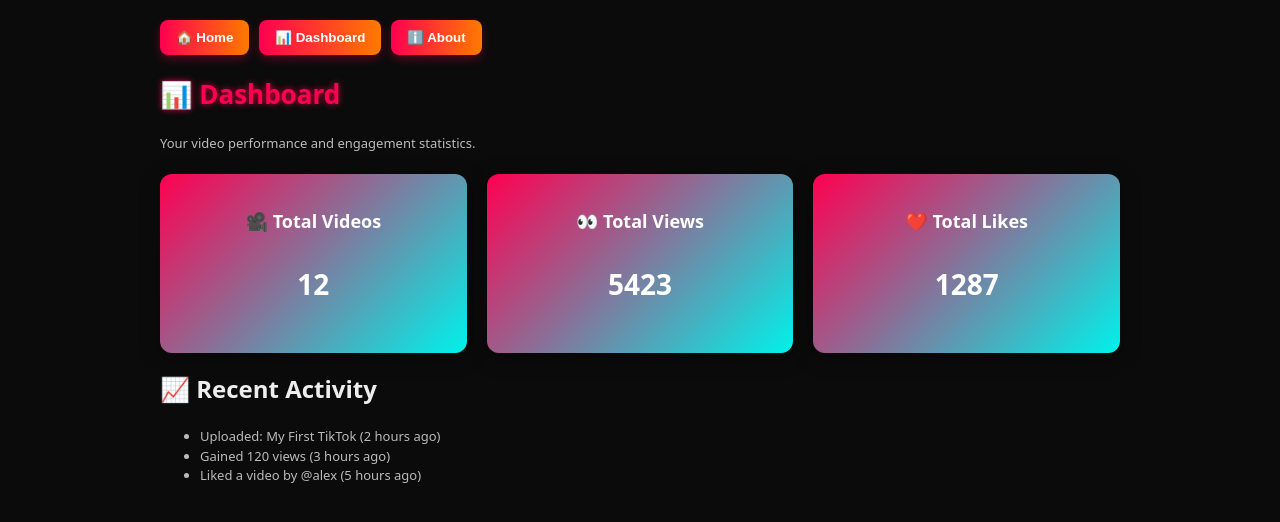
Repository: jhanzaib7510/NewFullTikTok
Page: frontend/dashboard.html
The author's editor kept a copy of each file at every save. The page is drawn from the files as they stood at one save, then again after the next save.
The browser window is 1280 px wide. The pictures show the whole page.
The page's requests for data from a server got no answer.

Above is the page before, as saved 2025-08-11 01:16:22.

After the next save:
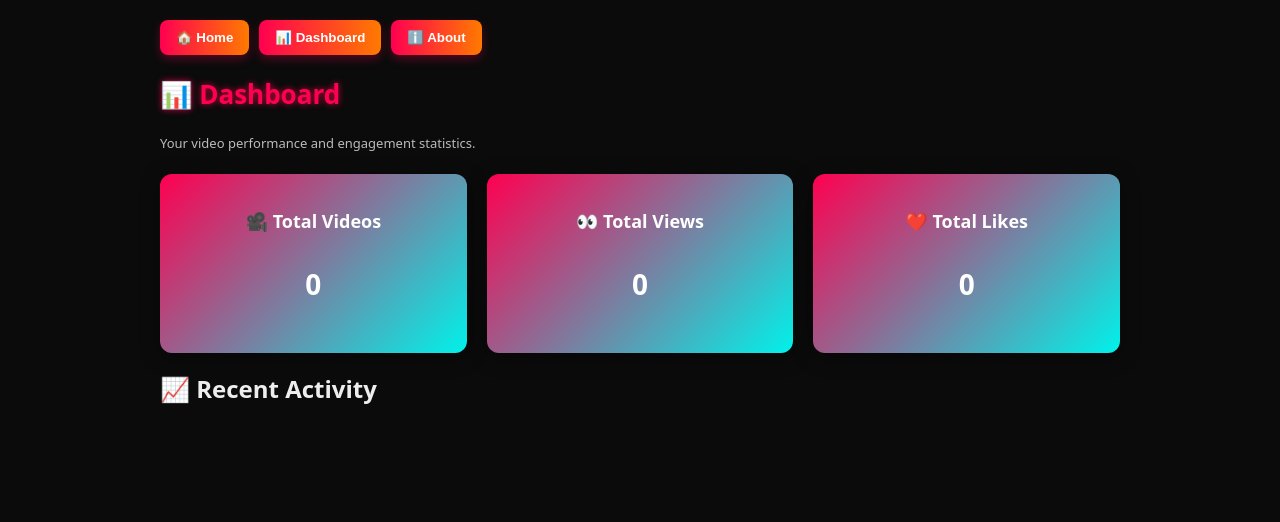
Saved 4 min 30 s later.
--- a/frontend/dashboard.html
+++ b/frontend/dashboard.html
@@ -12,7 +12,6 @@
     <div class="menu">
       <button onclick="location.href='index.html'">🏠 Home</button>
       <button onclick="location.href='dashboard.html'">📊 Dashboard</button>
-      <!-- <button onclick="document.getElementById('videoInput').click()">⬆️ Upload</button> -->
       <button onclick="alert('FTikTok App by Jhanzaib')">ℹ️ About</button>
     </div>
 
@@ -39,17 +38,31 @@
   </div>
 
   <script>
-    // Example dummy data - replace with backend API calls
-    document.getElementById('totalVideos').textContent = 12;
-    document.getElementById('totalViews').textContent = 5423;
-    document.getElementById('totalLikes').textContent = 1287;
+    async function loadDashboard() {
+      try {
+        const res = await fetch("/api/dashboard"); // Flask endpoint
+        const data = await res.json();
 
-    const log = [
-      "Uploaded: My First TikTok (2 hours ago)",
-      "Gained 120 views (3 hours ago)",
-      "Liked a video by @alex (5 hours ago)"
-    ];
-    document.getElementById('activityLog').innerHTML = log.map(item => `<li>${item}</li>`).join('');
+        document.getElementById('totalVideos').textContent = data.totalVideos;
+        document.getElementById('totalViews').textContent = data.totalViews;
+        document.getElementById('totalLikes').textContent = data.totalLikes;
+
+        document.getElementById('activityLog').innerHTML =
+          data.recentActivity.map(item => {
+            if (item.type === "upload") {
+              return `<li>📤 Uploaded: ${item.title} (${item.time})</li>`;
+            } else if (item.type === "views") {
+              return `<li>👀 Gained ${item.count} views (${item.time})</li>`;
+            } else if (item.type === "like") {
+              return `<li>❤️ Liked a video by ${item.user} (${item.time})</li>`;
+            }
+          }).join('');
+      } catch (err) {
+        console.error("Error loading dashboard:", err);
+      }
+    }
+
+    loadDashboard();
   </script>
 </body>
 </html>
